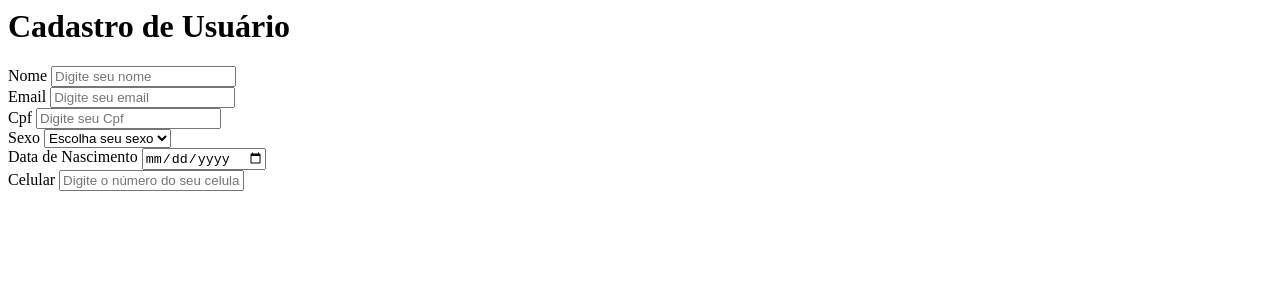
Repository: formatech2018/BRUNNO-S-FILMES
Page: sistema.filmes/src/main/webapp/resources/html/cadastro.html
An editor plug-in stored every save of this project. The page is shown before and after the next save, followed by the edit.
The browser window is 1280 px wide. The pictures show the whole page.

Above is the page before, as saved 2018-08-04 14:27:11.

After the next save:
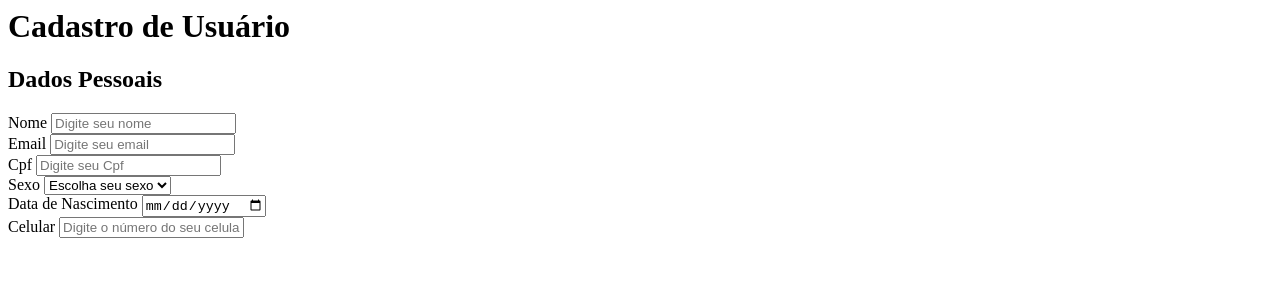
Saved 2 min 9 s later.
--- a/sistema.filmes/src/main/webapp/resources/html/cadastro.html
+++ b/sistema.filmes/src/main/webapp/resources/html/cadastro.html
@@ -1,4 +1,6 @@
 <h1 id="titulo-cadastro">Cadastro de Usuário</h1>
+
+<h2>Dados Pessoais</h2>
 
 <form>
 	<div class="row">
